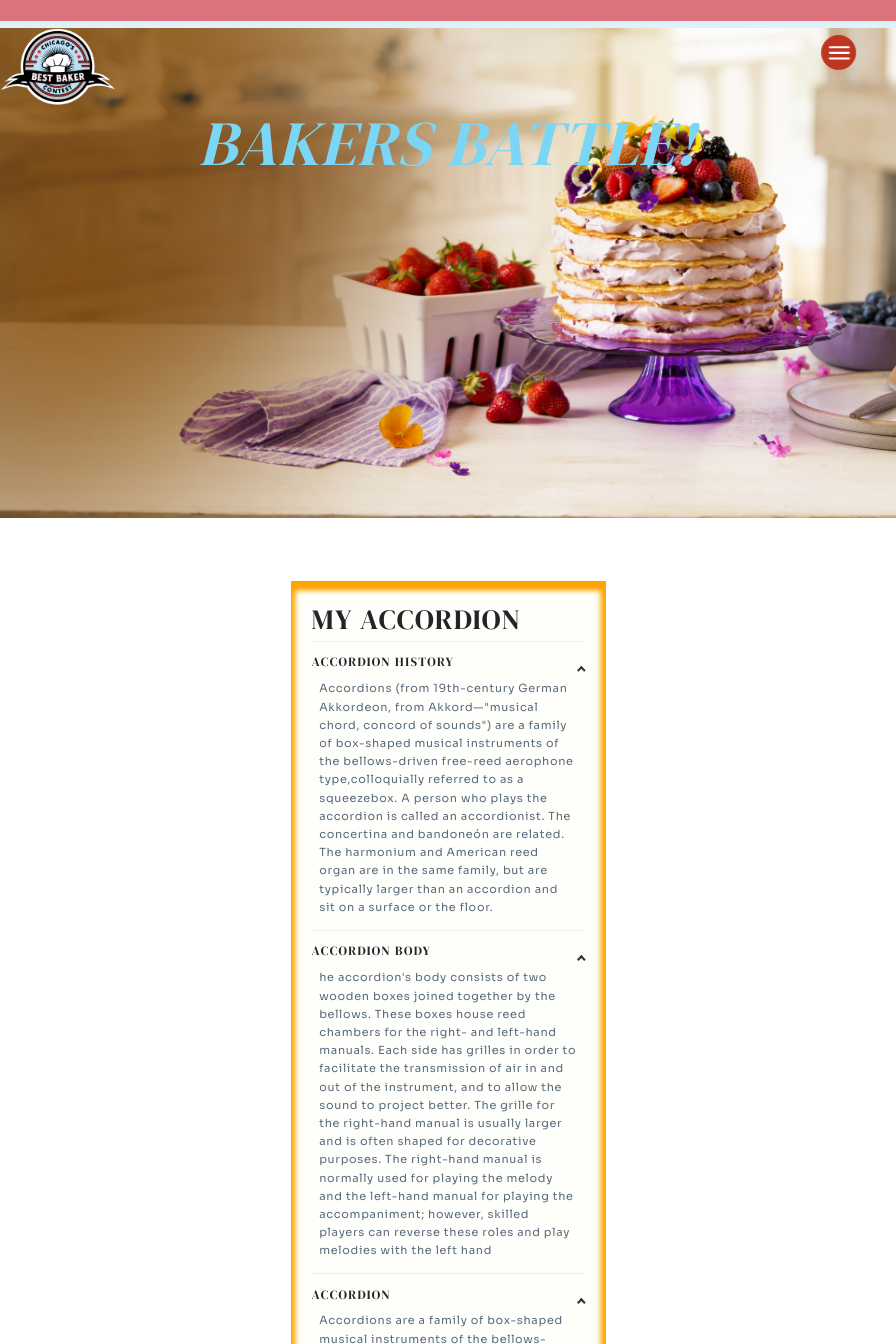
Repository: sarahnnanyelugo/bakers-battle
Page: /faq
An editor plug-in stored every save of this project. The page is shown before and after the next save, followed by the edit.
The browser window is 1280 px wide. The pictures show the part of the page from y = 0 to 1920 px (the page is 2922 px tall), at 70% of full size.
The project was rebuilt for these pictures with package versions that can differ from the ones it lists, and the page was loaded fresh each time. Also part of the build but not shown: src/components/ScreenSlide/slide.scss, src/components/ScreenSlide/ScreenSlide.js, src/pages/Home/home.scss, src/pages/Home/Home.js.

Above is the page before, as saved 2024-07-09 22:23:27.

### src/App.js
import logo from "./logo.svg";
import "./App.scss";
import "bootstrap/dist/css/bootstrap.min.css";
import { BrowserRouter, Routes, Route, Link, Outlet } from "react-router-dom";
import { Home } from "./pages/Home/Home";
import { Navbar } from "./components/Navbar/Navbar";
import { Footer } from "./components/Footer/Footer";
import { FAQ } from "./pages/FAQ/FAQ";
function App() {
  return (
    <>
      <Navbar />
      <Routes>
        <Route path="/" element={<Home />} />{" "}
        <Route path="/faq" element={<FAQ />} />{" "}
      </Routes>
      <Footer />
    </>
  );
}

export default App;

### src/App.scss
.app-btn {
  color: #fff;
  background: #dc727c;
  padding: 5px 30px;
  border-radius: 10px;
  border: solid 4px #dc727c;
  font-size: 30px;
  &:hover {
    color: #dc727c;
    background: #fff;
    transition: 0.5s ease;
  }
}

.button-92 {
  --c: #fff;

  background: linear-gradient(90deg, #0000 33%, #fff5, #0000 67%)
      var(--_p, 100%) / 300% no-repeat,
    #dc727c;

  color: #0000;
  border: none;
  transform: perspective(500px) rotateY(calc(20deg * var(--_i, -1)));
  text-shadow: calc(var(--_i, -1) * 0.08em) -0.01em 0 var(--c),
    calc(var(--_i, -1) * -0.08em) 0.01em 2px #0004;
  outline-offset: 0.1em;
  transition: 0.3s;
}

.button-92:hover,
.button-92:focus-visible {
  --_p: 0%;
  --_i: 1;
}

.button-92:active {
  text-shadow: none;
  color: var(--c);
  box-shadow: inset 0 0 9e9Q #0005;
  transition: 0s;
}

.button-92 {
  font-weight: bold;
  font-size: 2rem;
  margin: 0;
  cursor: pointer;
  padding: 0.1em 0.3em;
}

.button-48 {
  appearance: none;
  background-color: #ffffff;
  border-width: 0;
  box-sizing: border-box;
  color: #000000;
  cursor: pointer;
  display: inline-block;
  font-size: 14px;
  font-weight: 500;
  letter-spacing: 0;
  line-height: 1em;
  margin: 0;
  opacity: 1;
  outline: 0;
  padding: 1.5em 4px;
  position: relative;
  text-align: center;
  text-decoration: none;
  text-rendering: geometricprecision;
  text-transform: uppercase;
  transition: opacity 300ms cubic-bezier(0.694, 0, 0.335, 1),
    background-color 100ms cubic-bezier(0.694, 0, 0.335, 1),
    color 100ms cubic-bezier(0.694, 0, 0.335, 1);
  user-select: none;
  -webkit-user-select: none;
  touch-action: manipulation;
  vertical-align: baseline;
  white-space: nowrap;
}

.button-48:before {
  animation: opacityFallbackOut 0.5s step-end forwards;
  backface-visibility: hidden;
  background-color: #ebebeb;
  clip-path: polygon(-1% 0, 0 0, -25% 100%, -1% 100%);
  content: "";
  height: 100%;
  left: 0;
  position: absolute;
  top: 0;
  transform: translateZ(0);
  transition: clip-path 0.5s cubic-bezier(0.165, 0.84, 0.44, 1),
    -webkit-clip-path 0.5s cubic-bezier(0.165, 0.84, 0.44, 1);
  width: 100%;
}

.button-48:hover:before {
  animation: opacityFallbackIn 0s step-start forwards;
  clip-path: polygon(0 0, 101% 0, 101% 101%, 0 101%);
}

.button-48:after {
  background-color: #ffffff;
}

.button-48 span {
  z-index: 1;
  position: relative;
}
@font-face {
  font-family: SoraM;
  src: url(./assets/fonts/sora/Sora-Medium.ttf);
}
@font-face {
  font-family: SoraB;
  src: url(./assets/fonts/sora/Sora-Bold.ttf);
}
@font-face {
  font-family: SoraEB;
  src: url(./assets/fonts/sora/Sora-ExtraBold.ttf);
}
@font-face {
  font-family: SoraR;
  src: url(./assets/fonts/sora/Sora-Regular.ttf);
}
@font-face {
  font-family: SoraSB;
  src: url(./assets/fonts/sora/Sora-SemiBold.ttf);
}
@font-face {
  font-family: SoraL;
  src: url(./assets/fonts/sora/Sora-Light.ttf);
}
@font-face {
  font-family: SerifR;
  src: url(./assets/fonts/serif/DMSerifDisplay-Regular.ttf);
}
@font-face {
  font-family: SerifI;
  src: url(./assets/fonts/serif/DMSerifDisplay-Italic.ttf);
}
h1,
h2,
h3,
h4,
h5,
h6 {
  font-family: SerifR;
}

p,
li,
a,
small {
  font-family: SoraR;
}
button {
  font-family: SoraSB;
}

### src/components/Navbar/Navbar.js
import React, { useState } from "react";
import "./navbar.scss";
import Logo from "../../assets/images/logo.png";
import Flier from "../../assets/images/flier2.jpeg";
import { Link } from "react-router-dom";
export const Navbar = () => {
  const [isOpen, setIsOpen] = useState(false);
  const [hoveredElement, setHoveredElement] = useState(null);

  const toggleMenu = () => {
    setIsOpen(!isOpen);
  };

  const handleMouseEnter = (index) => {
    setHoveredElement(index);
  };

  const handleMouseLeave = () => {
    setHoveredElement(null);
  };

  return (
    <>
      <div style={{ height: "30px", background: "#DC727C" }} />
      <div style={{ height: "10px", background: "#DEF2FA" }} />
      <main>
        <img
          className="img"
          src={Logo}
          alt="Scholar"
          width="164px"
          height="110px"
        />
        <center>
          {" "}
          <h1 style={{ color: "#7BD6F5", fontSize: "90px" }}>
            <em>BAKERS BATTLE!</em>
          </h1>
        </center>

        <input type="checkbox" id="myInput" />
        <label for="myInput" className="offset-md-11 tog">
          <span class="bar top"></span>
          <span class="bar middle"></span>
          <span class="bar bottom"></span>
        </label>

        <aside>
          <div class="aside-section aside-left col-md-4">
            <div class="aside-content">
              <img
                className="img col-md-12 offset-md-"
                src={Flier}
                alt="Scholar"
                width="100%"
              />
            </div>
          </div>
          <div class="aside-section aside-right col-md-8">
            <ul class="aside-list">
              <li>
                <Link to={"/"} class="aside-anchor">
                  HOME
                </Link>
              </li>
              <li>
                <a href="" class="aside-anchor">
                  ABOUT
                </a>
              </li>
              <li>
                <Link to={"/faq"} class="aside-anchor">
                  FAQs
                </Link>
              </li>
              <li>
                <a href="" class="aside-anchor">
                  SPONSORS
                </a>
              </li>{" "}
              <li>
                <a href="" class="aside-anchor">
                  CONTACT
                </a>
              </li>
              <li>
                <a href="" class="aside-anchor">
                  REGISTER
                </a>
              </li>
            </ul>
          </div>
        </aside>
      </main>
    </>
  );
};

### src/components/Footer/Footer.js
import React from "react";
import "./footer.scss";
import Logo from "../../assets/images/logo.png";
import { Link } from "react-router-dom";
import { FaFacebook } from "react-icons/fa";
import { AiFillInstagram } from "react-icons/ai";
import { IoLogoYoutube } from "react-icons/io";
import { IoLogoWhatsapp } from "react-icons/io";
import { AiFillTwitterCircle } from "react-icons/ai";

export const Footer = () => {
  return (
    <footer>
      <center>
        <div className="col-md-3">
          <img className="img" src={Logo} alt="Scholar" width="100%" />
        </div>
      </center>{" "}
      <div className="d-flex col-md-10 offset-md-1">
        <div className="col-md-5">
          <h4>About Us</h4>
          <p>
            Kitchen Disaster's Best Baker Contest was launched as a way to
            gather people from all over the city of Lagos to celebrate the
            diverse and exacting bakers who call Lagos their home. This is an
            ample oppotunity for bakers in the city to compete with and learn
            from each other on a local stage ... until now. Come see why we
            think Kitchen Disaster's bakers are the best!
          </p>
        </div>
        <div className="col-md-2 offset-md-4">
          <h4>Quick Links</h4>
          <ul>
            <li>
              <Link to={"/"}>FAQs</Link>
            </li>{" "}
            <li>
              <Link to={"/"}>Contact us</Link>
            </li>{" "}
            <li>
              <Link to={"/"}>Register</Link>
            </li>{" "}
            <li>
              <Link to={"/"}></Link>
            </li>
          </ul>
        </div>
      </div>
      <center>
        <h4>Follow us on:</h4>
        <ul className="list-inline media-links">
          <li className="list-inline-item">
            <Link to={"/"}>
              <FaFacebook style={{ fontSize: "50px" }} />
            </Link>
          </li>{" "}
          <li className="list-inline-item">
            <Link to={"/"}>
              <AiFillInstagram style={{ fontSize: "50px" }} />
            </Link>
          </li>{" "}
          <li className="list-inline-item">
            <Link to={"/"}>
              <AiFillTwitterCircle style={{ fontSize: "50px" }} />
            </Link>
          </li>{" "}
          <li className="list-inline-item">
            <Link to={"/"}>
              <IoLogoYoutube style={{ fontSize: "50px" }} />
            </Link>
          </li>{" "}
          <li className="list-inline-item">
            <Link to={"/"}>
              <IoLogoWhatsapp style={{ fontSize: "50px" }} />
            </Link>
          </li>
        </ul>
      </center>
    </footer>
  );
};

### src/pages/FAQ/FAQ.js
import React from "react";
import "./faq.scss";
export const FAQ = () => {
  return (
    <div className="faq-container">
      <div className="faq-div"></div>

      <div className="faqs">
        <h1>my accordion</h1>
        <ul>
          <li>
            <input type="checkbox" checked="" />
            <i></i>
            <h2>Accordion History</h2>
            <p>
              Accordions (from 19th-century German Akkordeon, from
              Akkord—"musical chord, concord of sounds") are a family of
              box-shaped musical instruments of the bellows-driven free-reed
              aerophone type,colloquially referred to as a squeezebox. A person
              who plays the accordion is called an accordionist. The concertina
              and bandoneón are related. The harmonium and American reed organ
              are in the same family, but are typically larger than an accordion
              and sit on a surface or the floor.
            </p>
          </li>
          <li>
            <input type="checkbox" checked="" />
            <i></i>
            <h2>Accordion Body</h2>
            <p>
              he accordion's body consists of two wooden boxes joined together
              by the bellows. These boxes house reed chambers for the right- and
              left-hand manuals. Each side has grilles in order to facilitate
              the transmission of air in and out of the instrument, and to allow
              the sound to project better. The grille for the right-hand manual
              is usually larger and is often shaped for decorative purposes. The
              right-hand manual is normally used for playing the melody and the
              left-hand manual for playing the accompaniment; however, skilled
              players can reverse these roles and play melodies with the left
              hand
            </p>
          </li>
          <li>
            <input type="checkbox" checked="" />
            <i></i>
            <h2>Accordion</h2>
            <p>
              Accordions are a family of box-shaped musical instruments of the
              bellows-driven free-reed aerophone type, colloquially referred to
              as a squeezebox. A person who plays the accordion is called an
              accordionist.
            </p>
          </li>
        </ul>
      </div>
    </div>
  );
};

### src/components/Navbar/navbar.scss
@import url("https://fonts.googleapis.com/css?family=Montserrat");

main {
  height: 800px;
  position: relative;
  overflow: hidden;
}

.aside-section {
  top: 0;
  bottom: 0;
  position: absolute;
}

.aside-left {
  display: none;
  width: 40%;
  left: 0;
  background: #dc727c;

  -webkit-transform: translateY(-100%);
  -moz-transform: translateY(-100%);
  -ms-transform: translateY(-100%);
  -o-transform: translateY(-100%);
  transform: translateY(-100%);
  transition: transform 0.9s ease-in-out;
}

.aside-right {
  width: 100%;
  right: 0;
  background-color: #def2fa;
  -webkit-transform: translateX(100%);
  -moz-transform: translateX(100%);
  -ms-transform: translateX(100%);
  -o-transform: translateX(100%);
  transform: translateX(100%);
  transition: transform 0.9s ease-in-out;
}

.aside-list {
  list-style: none;
  padding: 0;
  margin: 0;
  margin-top: 150px;
  text-align: left;
  padding-left: 50px;
}

.aside-content {
  //   margin-top: 150px;
  padding: 0 40px;
  position: relative;
  color: white;
  text-align: center;
}

.aside-list li {
  margin-bottom: 20px;
}

.aside-anchor::after {
  content: "";
  position: absolute;
  bottom: 0;
  background-color: #ff5964;
  left: 0;
  right: 0;
  height: 6px;
  border-radius: 6px;
}

.aside-anchor::before {
  border-radius: 3px;
  content: "";
  position: absolute;
  bottom: 0;
  background-color: rgb(9, 1, 1);
  left: 0;
  height: 6px;
  z-index: 1;
  width: 50%;
  -webkit-transition: transform 0.2s ease-in-out;
  -o-transition: transform 0.2s ease-in-out;
  transition: transform 0.2s ease-in-out;
}

.aside-anchor:hover:before {
  -webkit-transform: translateX(100%);
  -moz-transform: translateX(100%);
  -ms-transform: translateX(100%);
  -o-transform: translateX(100%);
  transform: translateX(100%);
}

.aside-anchor {
  padding-bottom: 7px;
  color: rgb(14, 14, 14);
  text-decoration: none;
  font-size: 30px;
  position: relative;
  font-weight: 500;
}

input[type="checkbox"] {
  display: none;
}

input[type="checkbox"]:checked ~ aside .aside-left {
  transform: translateY(0%);
}

input[type="checkbox"]:checked ~ aside .aside-right {
  transform: translateX(0%);
}

input[type="checkbox"]:checked ~ label .bar {
  background-color: #fff;
}

input[type="checkbox"]:checked ~ label .top {
  -webkit-transform: translateY(0px) rotateZ(45deg);
  -moz-transform: translateY(0px) rotateZ(45deg);
  -ms-transform: translateY(0px) rotateZ(45deg);
  -o-transform: translateY(0px) rotateZ(45deg);
  transform: translateY(0px) rotateZ(45deg);
}

input[type="checkbox"]:checked ~ label .bottom {
  -webkit-transform: translateY(-15px) rotateZ(-45deg);
  -moz-transform: translateY(-15px) rotateZ(-45deg);
  -ms-transform: translateY(-15px) rotateZ(-45deg);
  -o-transform: translateY(-15px) rotateZ(-45deg);
  transform: translateY(-15px) rotateZ(-45deg);
}

input[type="checkbox"]:checked ~ label .middle {
  width: 0;
}

.middle {
  margin: 0 auto;
}

label {
  top: 40px;
  display: inline-block;
  padding: 10px 10px;
  background-color: transparent;
  cursor: pointer;
  margin: 10px;
  z-index: 3;
  position: fixed;
}

.bar {
  display: block;
  background-color: #fff;
  width: 30px;
  height: 3px;
  border-radius: 5px;
  margin: 5px auto;
  transition: background-color 0.4s ease-in, transform 0.4s ease-in,
    width 0.4s ease-in;
}

@media (min-width: 992px) {
  h1 {
    font-size: 40px;
  }
  .aside-left {
    display: block;
  }

  .aside-right {
    width: 60%;
  }
}
.tog {
  height: 50px;
  width: 50px;
  border: solid 1px #be3520;
  background: #be3520;
  border-radius: 50%;
}

### src/components/Footer/footer.scss
footer {
  background: #def2fa;
  //   padding-top: 30px;
  padding-bottom: 30px;
  margin-top: 190px;
  img {
    margin-top: -100px;
  }
  a {
    color: #000;
    text-decoration: none;
    font-size: 18px;
    &:hover {
      color: #dc727c;
    }
  }
}
.media-links {
  li {
    font-size: 50px !important;
  }
}

### src/pages/FAQ/faq.scss
html {
  width: 100%;
  height: 100%;
  color: rgba(48, 69, 92, 0.8);
  background: #dce7eb;
  overflow-y: scroll;
}

.faq-div {
  height: 700px;
  //   background: url("../../assets/images/landing.webp");
  background: url("../../assets/images/landing4.jpg");
  margin-top: -800px;
  background-size: cover;
  background-repeat: no-repeat;
  background-position: center;
}
.faqs {
  min-height: 0;
  max-width: 450px;
  display: inline-block;
  position: relative;
  left: 50%;
  transform: translate(-50%, 0);
  margin: 90px 0;
  padding: 30px;
  background: #fefffa;
  box-shadow: 0 7px 7px 7px orange inset;
}

h2,
h1 {
  text-transform: uppercase;
  letter-spacing: 2px;
}
h2 {
  font-size: 18px;
}
ul {
  list-style: none;
  padding: 0;
  margin: 0;
}
ul li {
  position: relative;
  padding-bottom: 4px;
  padding-top: 18px;
  border-top: 1px solid #dce7eb;
}
ul li input[type="checkbox"] {
  position: absolute;
  cursor: pointer;
  width: 100%;
  height: 100%;
  z-index: 1;
  opacity: 0;
}
ul li i {
  position: absolute;
  transform: translate(-6px, 0);
  margin-top: 16px;
  right: 0;
}
ul li input[type="checkbox"]:checked ~ p {
  margin-top: 0;
  max-height: 0;
  opacity: 0;
  transform: translateX(-50%);
}

ul li input[type="checkbox"]:checked ~ i::before {
  transform: translate(2px, 0) rotate(45deg);
}
ul li input[type="checkbox"]:checked ~ i::after {
  transform: translate(-2px, 0) rotate(-45deg);
}
ul li i::before,
ul li i::after {
  content: "";
  position: absolute;
  background: #333;
  width: 3px;
  height: 9px;
}
ul li i::before {
  transform: translate(-2px, 0) rotate(45deg);
}
ul li i:after {
  transform: translate(2px, 0) rotate(-45deg);
}
p {
  font-size: 16px;
  color: rgba(48, 69, 92, 0.8);
  line-height: 26px;
  letter-spacing: 1px;
  position: relative;
  padding: 0 11px;
  max-height: 800px;
  margin-top: 14px;
  opacity: 1;
  transform: translate(0, 0);
  overflow: hidden;
}
.transition,
p,
ul li i:before,
ul li i:after {
  transition: all 0.25s ease-in-out;
}
.flipIn,
h1,
ul li {
  animation: flipdown 0.5s ease both;
}
ul li:nth-of-type(1) {
  animation-delay: 0.5s;
}
ul li:nth-of-type(2) {
  animation-delay: 0.75s;
}
ul li:nth-of-type(3) {
  animation-delay: 1s;
}
ul li:last-of-type {
  padding-bottom: 0;
}

@keyframes flipdown {
  0% {
    opacity: 0;
    transform-origin: top center;
    transform: rotateX(-90deg);
  }
  5% {
    opacity: 1;
  }
  80% {
    transform: rotateX(8deg);
  }
  83% {
    transform: rotateX(6deg);
  }
  92% {
    transform: rotateX(-3deg);
  }
  100% {
    transform-origin: top center;
    transform: rotateX(0deg);
  }
}

Loaded but not shown: public/index.html (common file); src/index.js (common file); src/index.css (common file); src/reportWebVitals.js (common file)

After the next save:
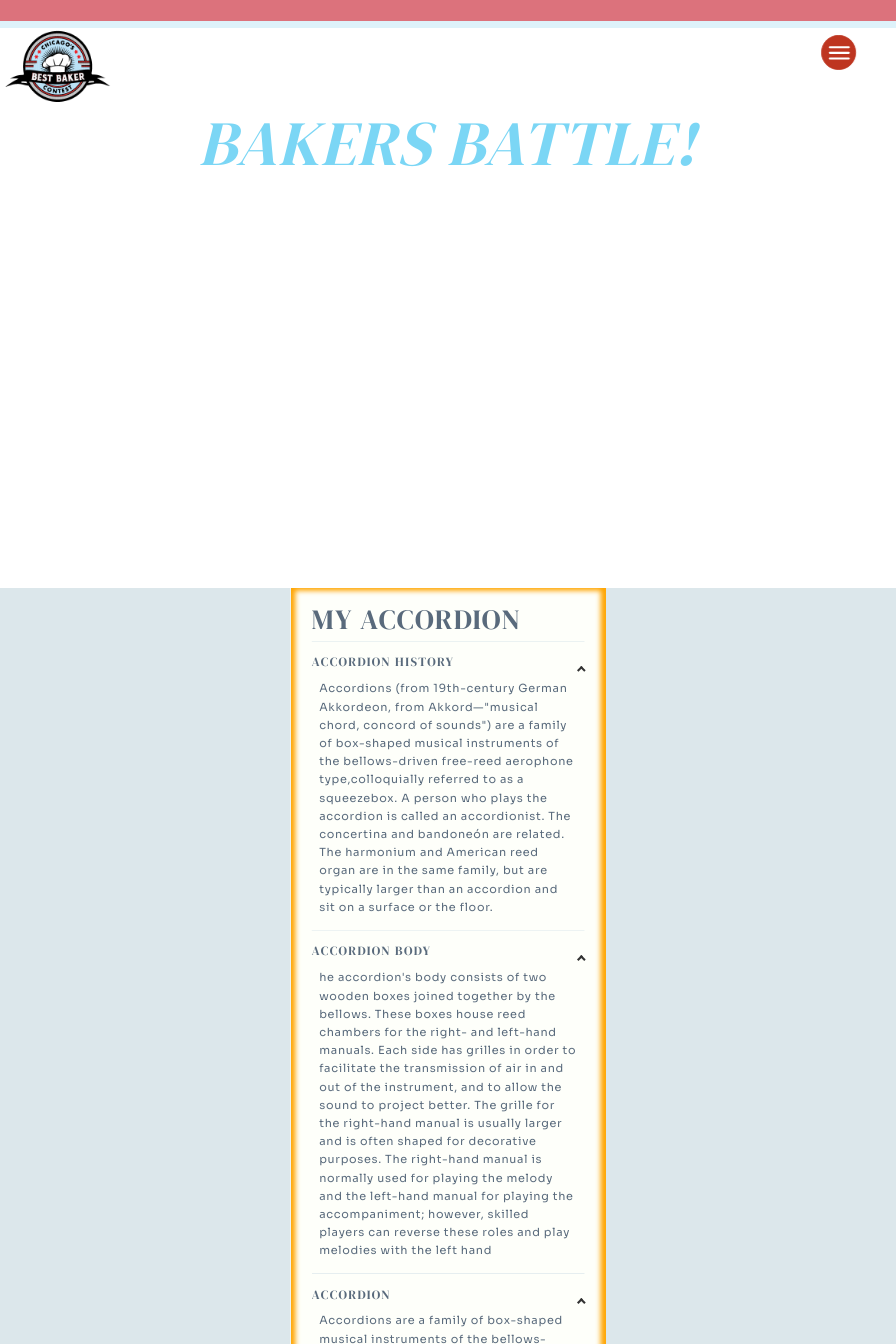
Saved 2 min 47 s later.
--- a/src/pages/FAQ/FAQ.js
+++ b/src/pages/FAQ/FAQ.js
@@ -2,57 +2,60 @@
 import "./faq.scss";
 export const FAQ = () => {
   return (
-    <div className="faq-container">
-      <div className="faq-div"></div>
+    <html>
+      {" "}
+      <div className="faq-container">
+        <div className="faq-div"></div>
 
-      <div className="faqs">
-        <h1>my accordion</h1>
-        <ul>
-          <li>
-            <input type="checkbox" checked="" />
-            <i></i>
-            <h2>Accordion History</h2>
-            <p>
-              Accordions (from 19th-century German Akkordeon, from
-              Akkord—"musical chord, concord of sounds") are a family of
-              box-shaped musical instruments of the bellows-driven free-reed
-              aerophone type,colloquially referred to as a squeezebox. A person
-              who plays the accordion is called an accordionist. The concertina
-              and bandoneón are related. The harmonium and American reed organ
-              are in the same family, but are typically larger than an accordion
-              and sit on a surface or the floor.
-            </p>
-          </li>
-          <li>
-            <input type="checkbox" checked="" />
-            <i></i>
-            <h2>Accordion Body</h2>
-            <p>
-              he accordion's body consists of two wooden boxes joined together
-              by the bellows. These boxes house reed chambers for the right- and
-              left-hand manuals. Each side has grilles in order to facilitate
-              the transmission of air in and out of the instrument, and to allow
-              the sound to project better. The grille for the right-hand manual
-              is usually larger and is often shaped for decorative purposes. The
-              right-hand manual is normally used for playing the melody and the
-              left-hand manual for playing the accompaniment; however, skilled
-              players can reverse these roles and play melodies with the left
-              hand
-            </p>
-          </li>
-          <li>
-            <input type="checkbox" checked="" />
-            <i></i>
-            <h2>Accordion</h2>
-            <p>
-              Accordions are a family of box-shaped musical instruments of the
-              bellows-driven free-reed aerophone type, colloquially referred to
-              as a squeezebox. A person who plays the accordion is called an
-              accordionist.
-            </p>
-          </li>
-        </ul>
+        <div className="faqs">
+          <h1>my accordion</h1>
+          <ul>
+            <li>
+              <input type="checkbox" checked="" />
+              <i></i>
+              <h2>Accordion History</h2>
+              <p>
+                Accordions (from 19th-century German Akkordeon, from
+                Akkord—"musical chord, concord of sounds") are a family of
+                box-shaped musical instruments of the bellows-driven free-reed
+                aerophone type,colloquially referred to as a squeezebox. A
+                person who plays the accordion is called an accordionist. The
+                concertina and bandoneón are related. The harmonium and American
+                reed organ are in the same family, but are typically larger than
+                an accordion and sit on a surface or the floor.
+              </p>
+            </li>
+            <li>
+              <input type="checkbox" checked="" />
+              <i></i>
+              <h2>Accordion Body</h2>
+              <p>
+                he accordion's body consists of two wooden boxes joined together
+                by the bellows. These boxes house reed chambers for the right-
+                and left-hand manuals. Each side has grilles in order to
+                facilitate the transmission of air in and out of the instrument,
+                and to allow the sound to project better. The grille for the
+                right-hand manual is usually larger and is often shaped for
+                decorative purposes. The right-hand manual is normally used for
+                playing the melody and the left-hand manual for playing the
+                accompaniment; however, skilled players can reverse these roles
+                and play melodies with the left hand
+              </p>
+            </li>
+            <li>
+              <input type="checkbox" checked="" />
+              <i></i>
+              <h2>Accordion</h2>
+              <p>
+                Accordions are a family of box-shaped musical instruments of the
+                bellows-driven free-reed aerophone type, colloquially referred
+                to as a squeezebox. A person who plays the accordion is called
+                an accordionist.
+              </p>
+            </li>
+          </ul>
+        </div>
       </div>
-    </div>
+    </html>
   );
 };
